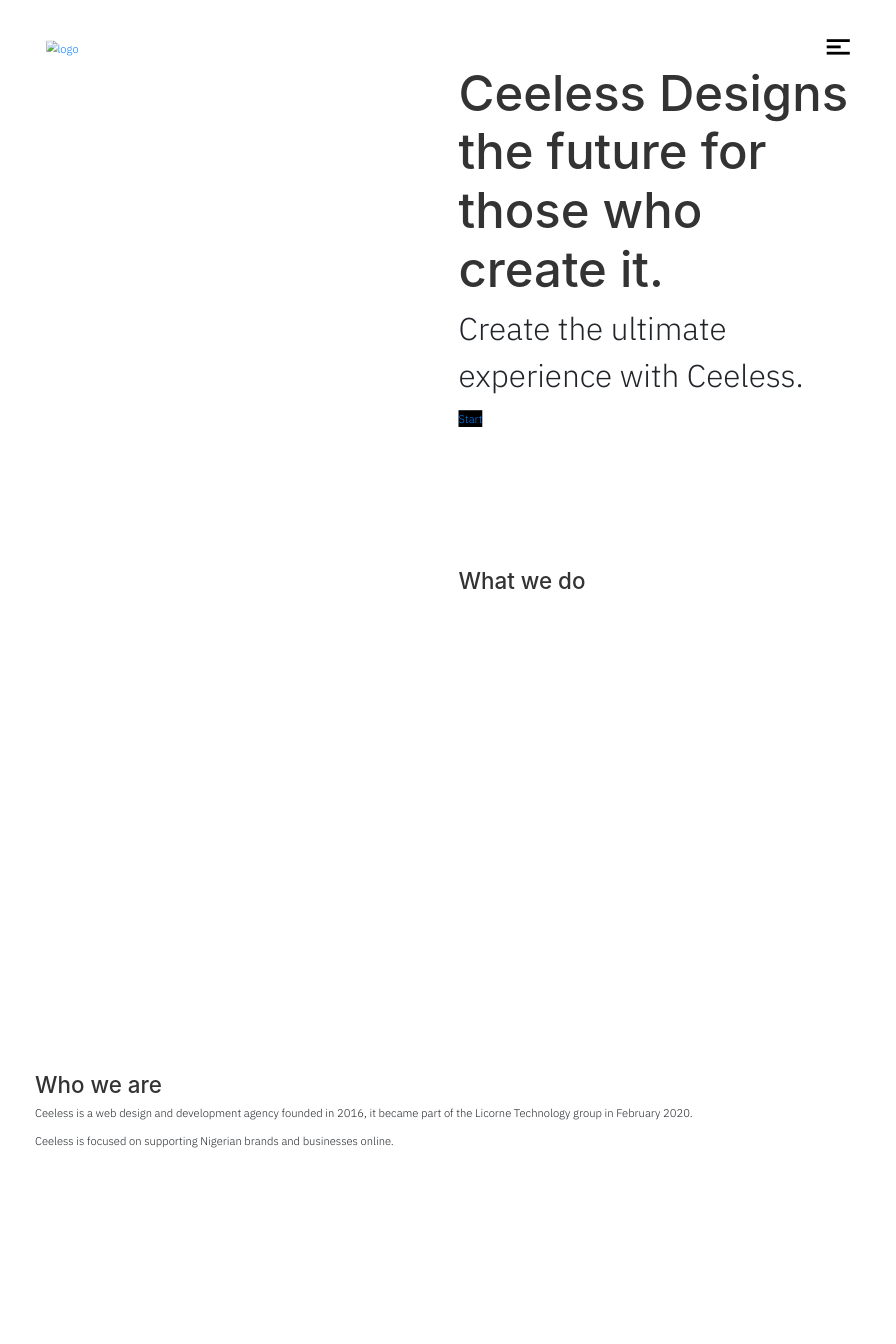
Repository: Licorne-Technologies/Ceeless-v2
Page: index.html
The author's editor kept a copy of each file at every save. The page is drawn from the files as they stood at one save, then again after the next save.
The browser window is 1280 px wide. The pictures show the part of the page from y = 0 to 1920 px (the page is 3037 px tall), at 70% of full size.
Some web libraries are served in a nearby version. The style sheet was rebuilt from its Sass, Less or Tailwind sources for each picture, by a compiler version that may differ from the author's.

Above is the page before, as saved 2020-06-15 12:43:41.

After the next save:
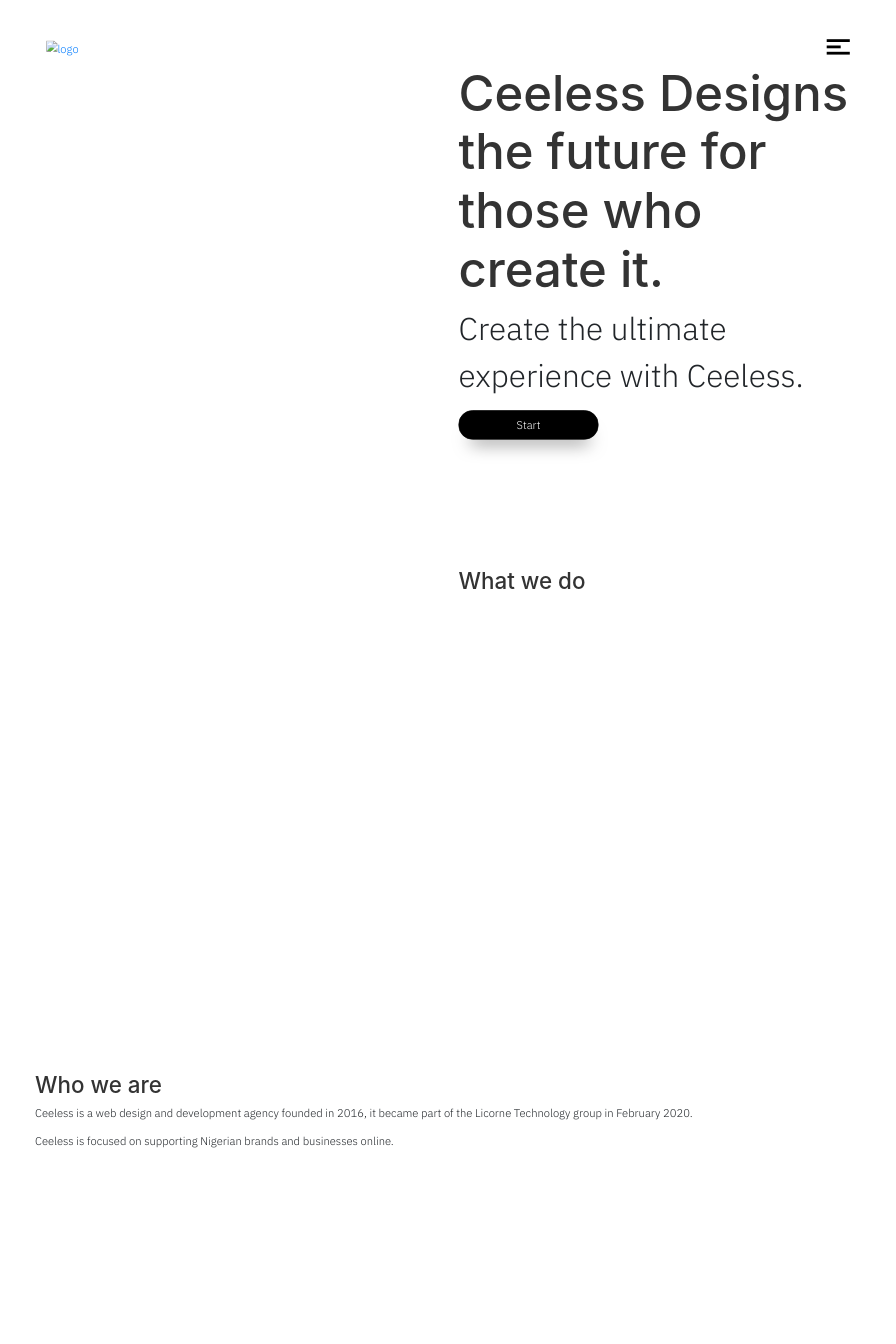
Saved 44 s later.
--- a/css/jumbotron.scss
+++ b/css/jumbotron.scss
@@ -11,7 +11,18 @@
         font-size: $fontSmall;
     }
 }
-a.action-btn{
+a.action-btn {
+    border: 1px solid $dark;
     background-color: $dark;
+    width: 200px;
+    border-radius: 20px;
+    padding: 10px;
+    box-shadow: $btn-shadow;
+    color: $light;
+    text-align: center;
+    line-height: 20px;
+    &:hover{
+        text-decoration: none;
+    }
 
 }
